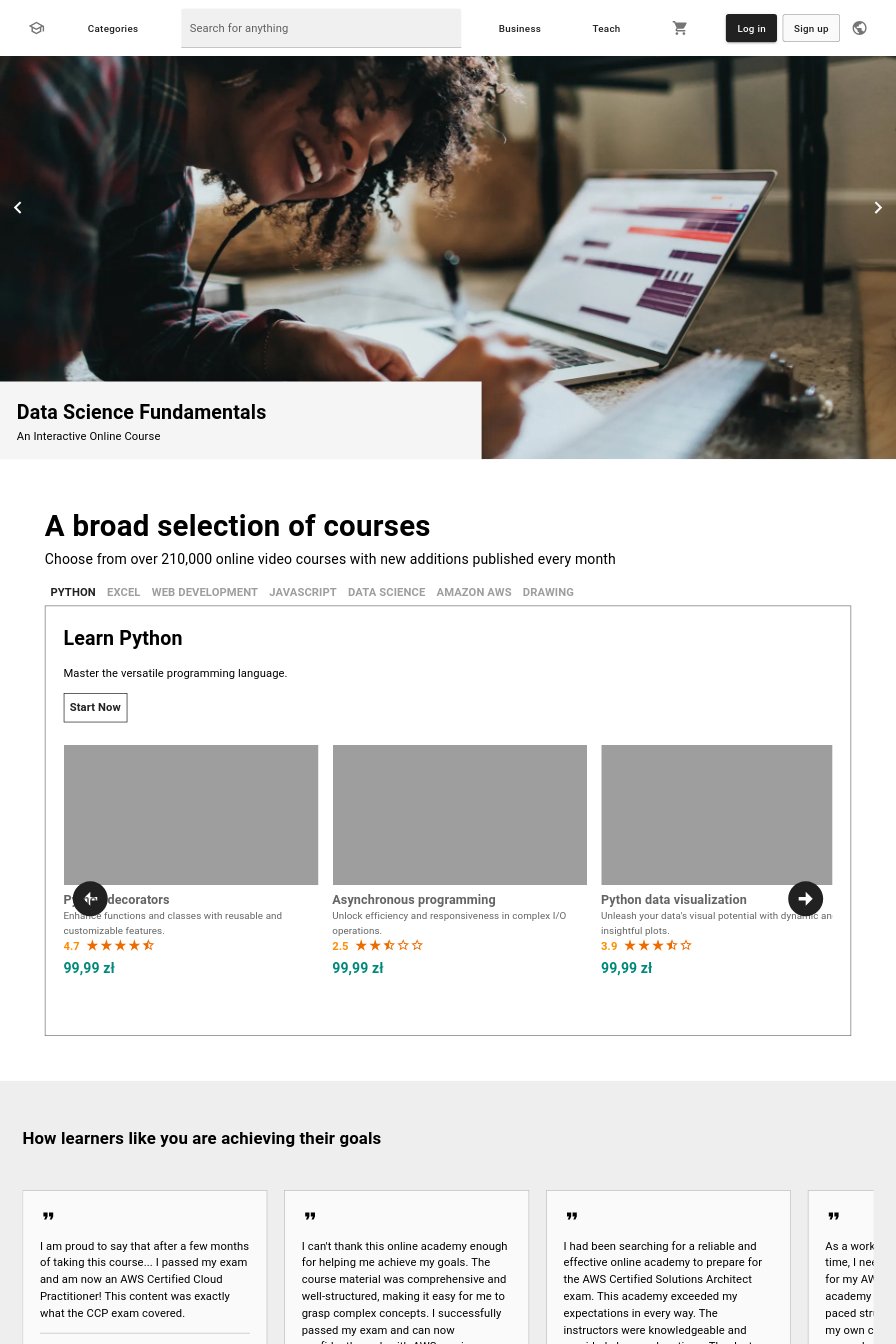
Repository: princ3-web/academy
Page: /
These files come from the project's save history. The page is drawn as it stood at one moment and after a run of saves; the edit follows.
The browser window is 1280 px wide. The pictures show the part of the page from y = 0 to 1920 px (the page is 5458 px tall), at 70% of full size.
Pictures or frames that could not be fetched are drawn as grey boxes. The project was rebuilt for these pictures with package versions that can differ from the ones it lists, and the page was loaded fresh each time. Also part of the build but not shown: vite.config.js, src/pages/Courses.jsx, src/pages/Business.jsx, src/pages/Teach.jsx.

Above is the page before, as saved 2023-07-12 16:34:22.

After the next 9 saves:
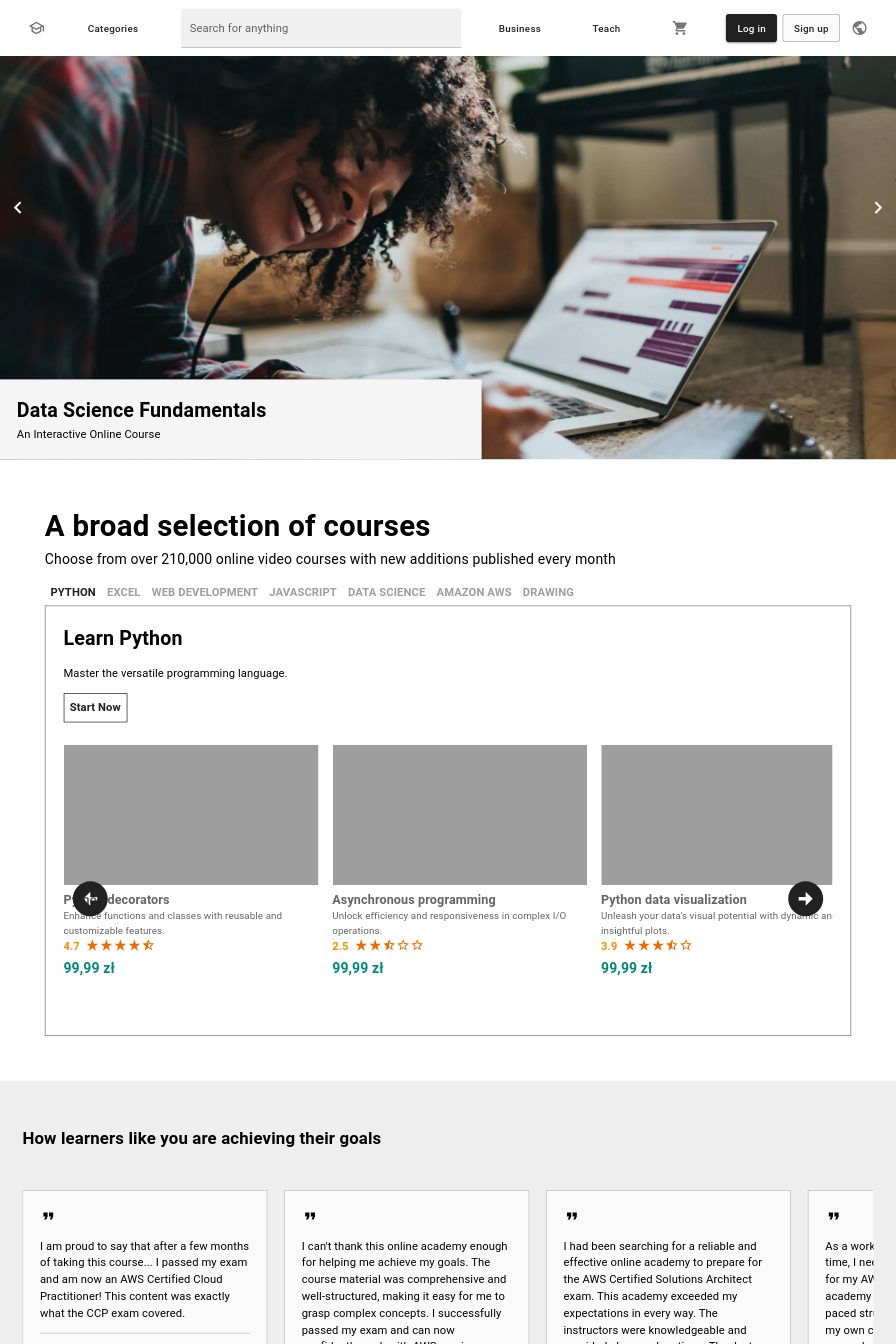
The 9 saves are shown as one change because they came seconds apart.
The last was saved 18 s later.
--- a/src/components/SingleCarousel.jsx
+++ b/src/components/SingleCarousel.jsx
@@ -54,13 +54,13 @@
             justifyContent: "center",
             alignContent: "center",
             width: "100%",
+            height: "80vh",
             transition: "0.5s",
             filter: n === index ? "Opacity(1)" : "Opacity(0)",
           }}
         >
           <Image
             src={item.image}
-            height={"80vh"}
             objectFit={"cover"}
           />
           <Box
